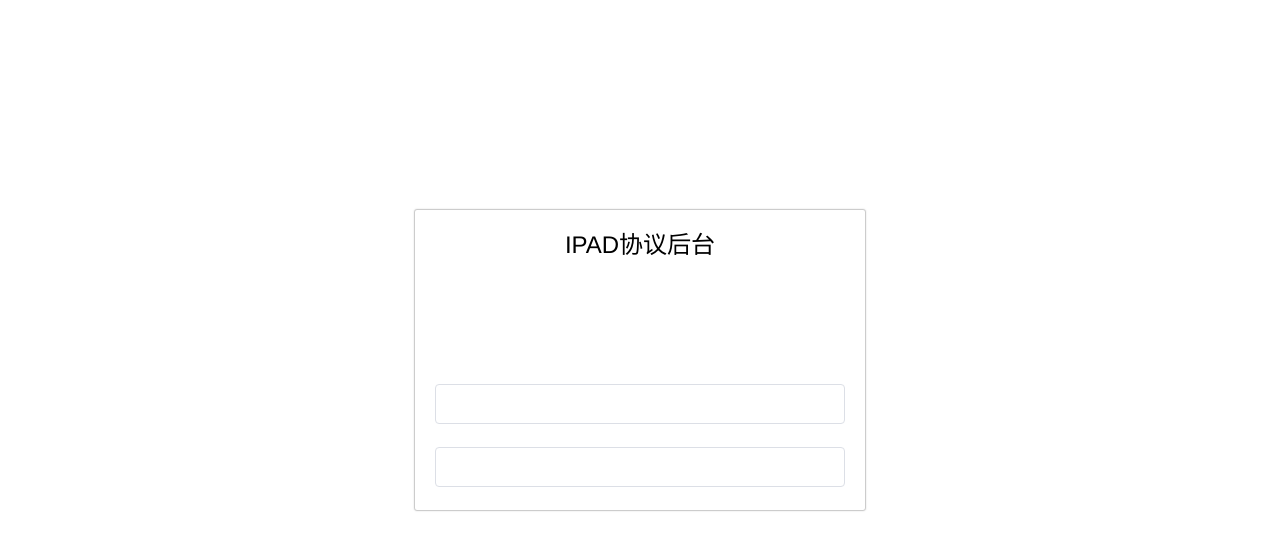
Repository: Iamanuan/ipad_admin
Page: /
An editor plug-in stored every save of this project. The page is shown before and after the next save, followed by the edit.
The browser window is 1280 px wide. The pictures show the whole page.
The project was rebuilt for these pictures with package versions that can differ from the ones it lists, and the page was loaded fresh each time. Also part of the build but not shown: vue.config.js.

Above is the page before, as saved 2020-05-07 13:43:45.

After the next save:
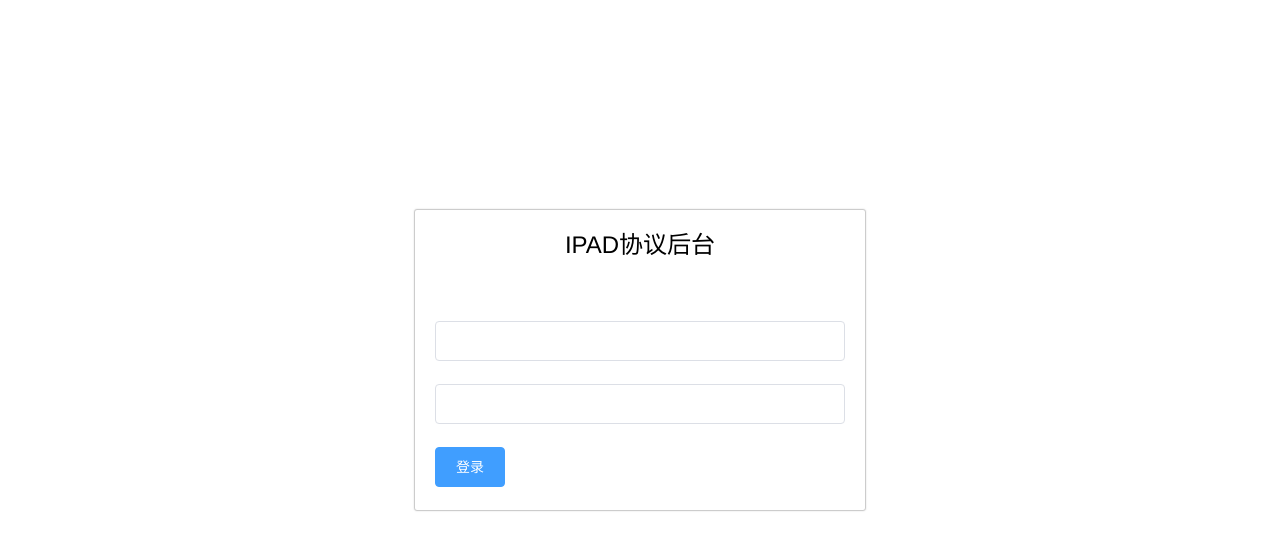
Saved 21 s later.
--- a/src/components/Login.vue
+++ b/src/components/Login.vue
@@ -9,13 +9,14 @@
         <el-form-item>
           <el-input></el-input>
         </el-form-item>
-
         <!-- 密码 -->
         <el-form-item>
           <el-input></el-input>
         </el-form-item>
         <!-- 按钮区域 -->
-
+        <el-form-item class="btns">
+          <el-button type="primary">登录</el-button>
+        </el-form-item>
       </el-form>
     </div>
   </div>
